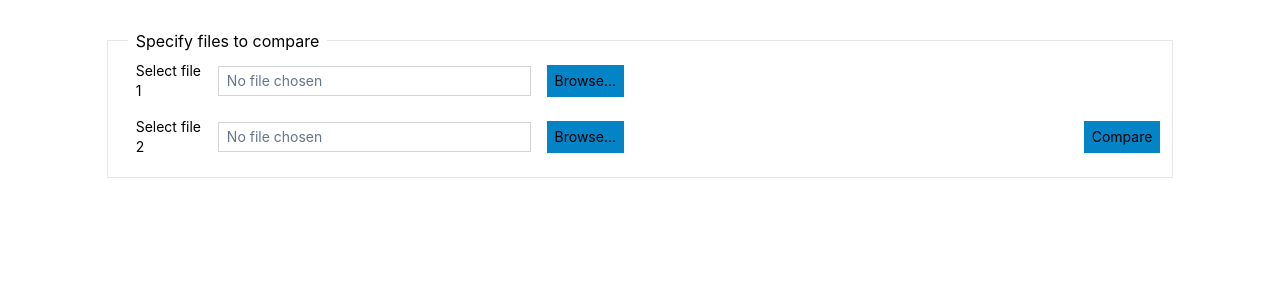
Repository: chionye/paymentology-front
Page: /
These files come from the project's save history. The page is drawn as it stood at one moment and after the next save; the edit follows.
The browser window is 1280 px wide. The pictures show the whole page.
The project was rebuilt for these pictures with package versions that can differ from the ones it lists, and the page was loaded fresh each time.

Above is the page before, as saved 2022-03-16 13:25:17.

### src/index.css
@tailwind base;
@tailwind components;
@tailwind utilities;

body {
  margin: 0;
  font-family: -apple-system, BlinkMacSystemFont, 'Segoe UI', 'Roboto', 'Oxygen',
    'Ubuntu', 'Cantarell', 'Fira Sans', 'Droid Sans', 'Helvetica Neue',
    sans-serif;
  -webkit-font-smoothing: antialiased;
  -moz-osx-font-smoothing: grayscale;
}

input[type=file] {
  -webkit-appearance: none;
  position: relative;
  -webkit-box-sizing: border-box;
   }
   input[type=file]::-webkit-file-upload-button {
  width: 0;
  padding: 0;
  margin: 0;
  -webkit-appearance: none;
  border: none;
   }
   /* "x::-webkit-file-upload-button" forces the rules to only apply to browsers that support this pseudo-element */

### src/App.js
import Section from "./components/Section";

function App() {
  return (
    <Section />
  );
}

export default App;

### src/components/Section.js
import Button from "./Button";
import InputFile from "./InputFile";

const Section = () => {
    return(
        <div className="relative w-5/6 h-auto p-3 border border-1 border-gray mx-auto my-10">
            <div className="absolute -top-3 left-5 bg-white px-2">Specify files to compare</div>
            <InputFile file={"Select file 1"} />
            <div className="flex flex-row items-center justify-between">
                <InputFile file={"Select file 2"} />
                <Button label={"Compare"} />
            </div>

        </div>
    )
}

export default Section;

### src/components/Button.js
const Button = (props) => {
    return <button className="ml-1 bg-sky-600 hover:bg-sky-700 py-1 h-8 px-2 text-sm ">{props.label}</button>
}

export default Button;

### src/components/InputFile.js
import Button from "./Button";
const InputFile = (props) => {
    return(
        <div className="flex flex-row w-full md:w-1/2 items-center text-sm my-2 px-4">
            <label className="w-28">{props.file}</label>

            <input type="file"
                className="block w-full mx-3 appearance-none border border-1 border-gray-300 py-1 px-2  text-slate-500
                file:mr-4 file:py-2 file:px-4
                file:rounded-full file:border-0
                file:text-sm file:font-semibold
                file:bg-violet-50 file:text-violet-700
                hover:file:bg-violet-100 file:text-red-600
                "/>

            <Button label={"Browse..."} />
        </div>
    )
}

export default InputFile;

Loaded but not shown: public/index.html (common file); src/index.js (common file); src/reportWebVitals.js (common file); tailwind.config.js (common file)

After the next save:
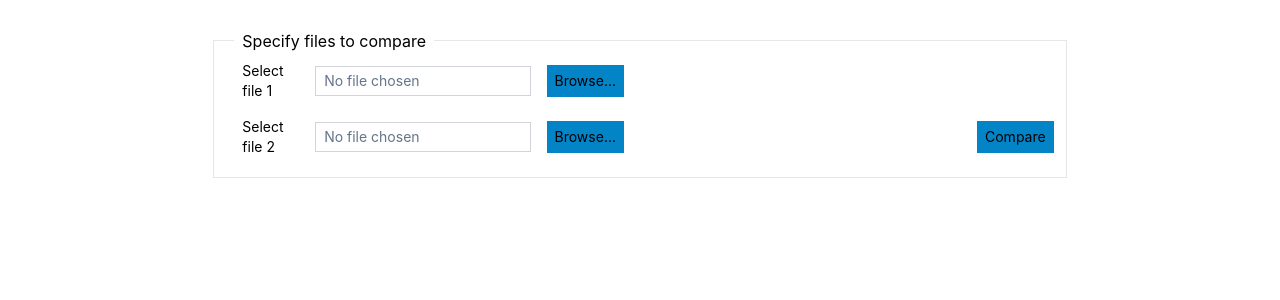
Saved 5 s later.
--- a/src/components/Section.js
+++ b/src/components/Section.js
@@ -3,7 +3,7 @@ import InputFile from "./InputFile";
 
 const Section = () => {
     return(
-        <div className="relative w-5/6 h-auto p-3 border border-1 border-gray mx-auto my-10">
+        <div className="relative w-4/6 h-auto p-3 border border-1 border-gray mx-auto my-10">
             <div className="absolute -top-3 left-5 bg-white px-2">Specify files to compare</div>
             <InputFile file={"Select file 1"} />
             <div className="flex flex-row items-center justify-between">
